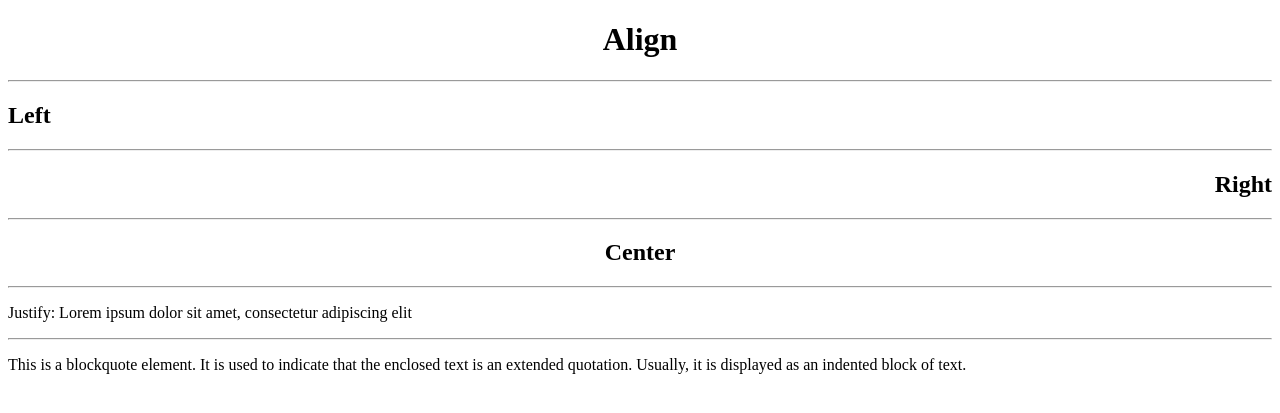
Repository: ankitgujre01/HTMLgeeks
Page: Attribute.html
These files come from the project's save history. The page is drawn as it stood at one moment and after a run of saves; the edit follows.
The browser window is 1280 px wide. The pictures show the whole page.

Above is the page before, as saved 2025-09-02 23:47:47.

### Attribute.html
<!DOCTYPE html>
<html>
    <head>
        <title>Attribute</title>
    </head>
    <body>
        <h1 align="center">Align</h1> <hr>
        <h2 align="left">Left</h2> <hr>
        <h2 align="right">Right</h2> <hr>
        <h2 align="center">Center</h2> <hr>
        <p align="justify">Justify: Lorem ipsum dolor sit amet, consectetur adipiscing elit</p>

        <hr>

        <blockqoute>
            <p>This is a blockquote element. It is used to indicate that the enclosed text is an extended quotation. Usually, it is displayed as an indented block of text.</p>
        </blockqoute>
    </body>
</html>

After the next 2 saves:
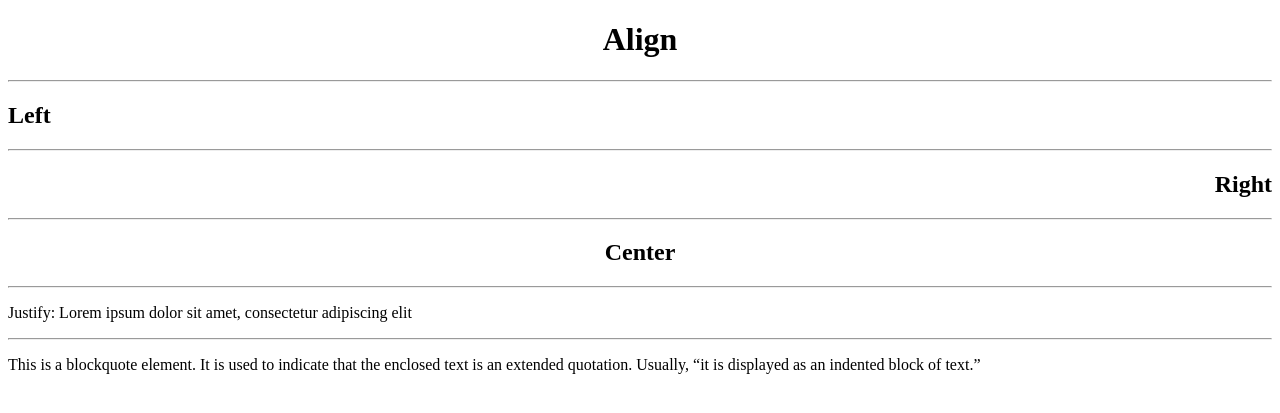
The 2 saves are shown as one change because they came seconds apart.
The last was saved 33 s later.
--- a/Attribute.html
+++ b/Attribute.html
@@ -13,7 +13,7 @@
         <hr>
 
         <blockqoute>
-            <p>This is a blockquote element. It is used to indicate that the enclosed text is an extended quotation. Usually, it is displayed as an indented block of text.</p>
+            <p>This is a blockquote element. It is used to indicate that the enclosed text is an extended quotation. Usually, <q>it is displayed as an indented block of text.</p>
         </blockqoute>
     </body>
 </html>
